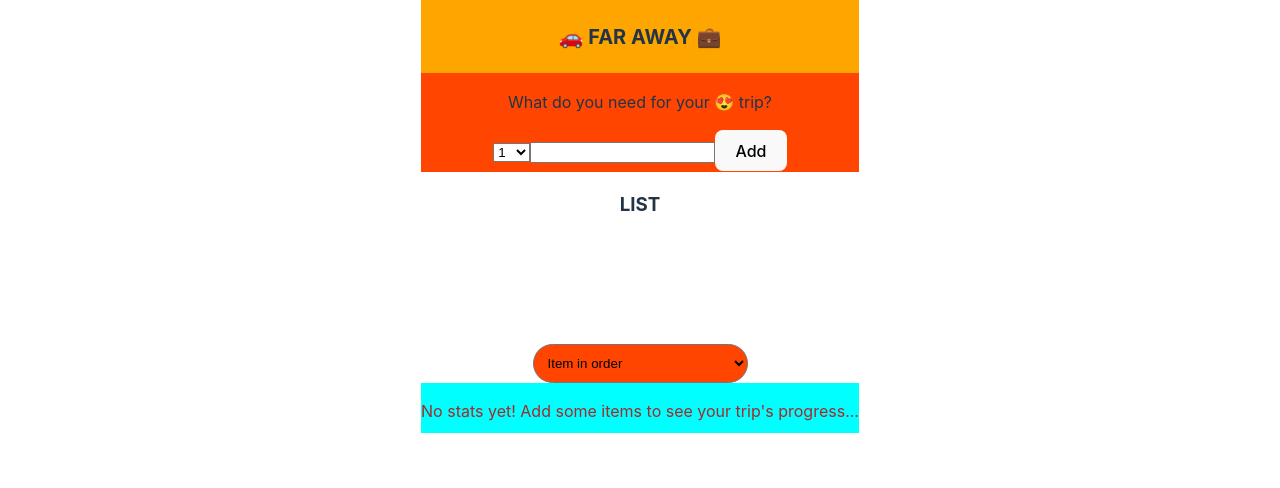
Repository: Celebration-cloud/Trip-Add-To-List
Page: /
An editor plug-in stored every save of this project. The page is shown before and after a run of saves, followed by the edit.
The browser window is 1280 px wide. The pictures show the whole page.
The project was rebuilt for these pictures with package versions that can differ from the ones it lists, and the page was loaded fresh each time. Also part of the build but not shown: vite.config.js.

Above is the page before, as saved 2023-10-29 17:28:32.

After the next 3 saves:
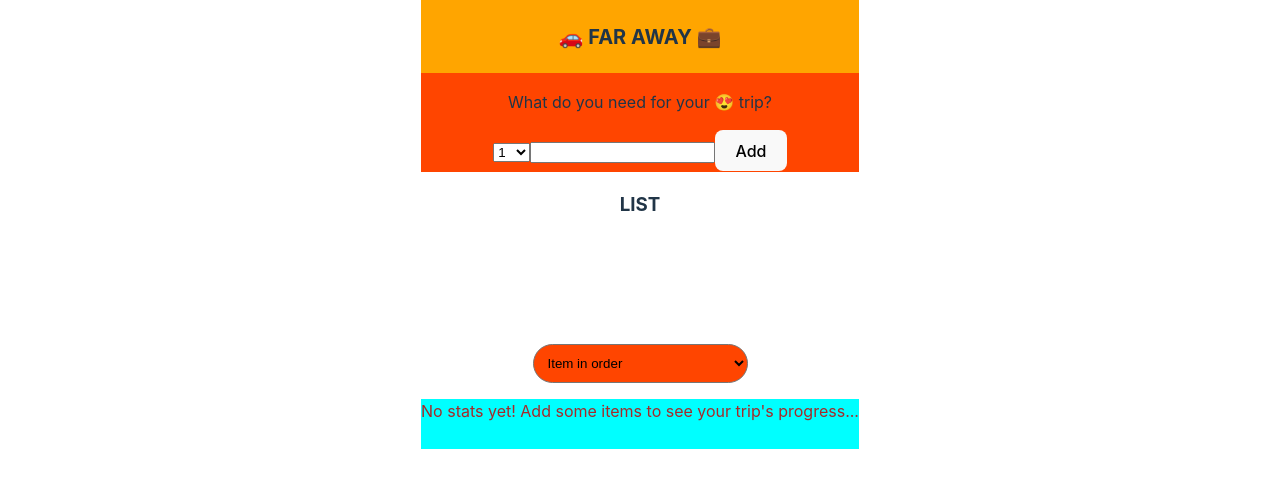
The 3 saves are shown as one change because they came seconds apart.
The last was saved 9 s later.
--- a/src/Trip-List/TripList.css
+++ b/src/Trip-List/TripList.css
@@ -4,7 +4,7 @@
             height: "30px",
             width: "100%", */
 .static{
-    place-content: end;
+    place-items: end;
     background-color: aqua;
     color: brown;
     height: 50px;
